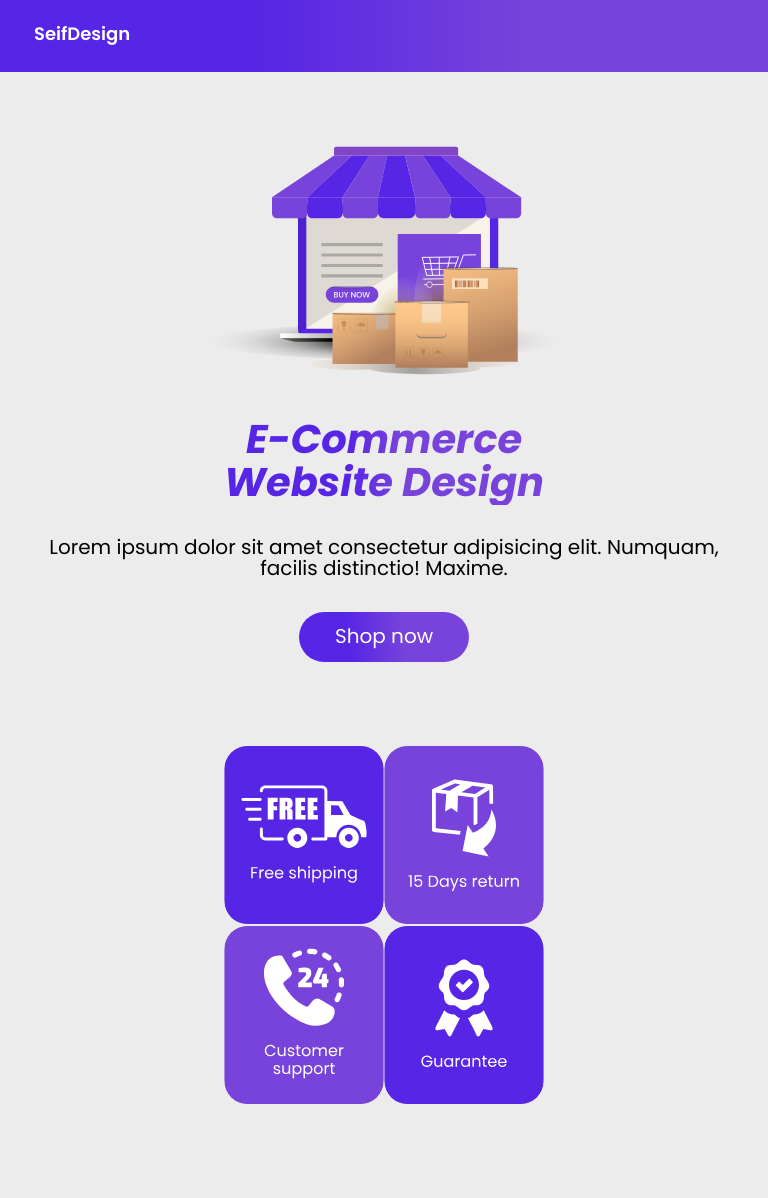
Repository: NatiqSamiyev/commers-desing-JS
Page: index.html
The author's editor kept a copy of each file at every save. The page is drawn from the files as they stood at one save, then again after a run of saves.
The browser window is 768 px wide. The pictures show the whole page.
Some web fonts or font styles are not loaded; a fallback is used.

Above is the page before, as saved 2023-11-06 11:47:32.

After the next 3 saves:
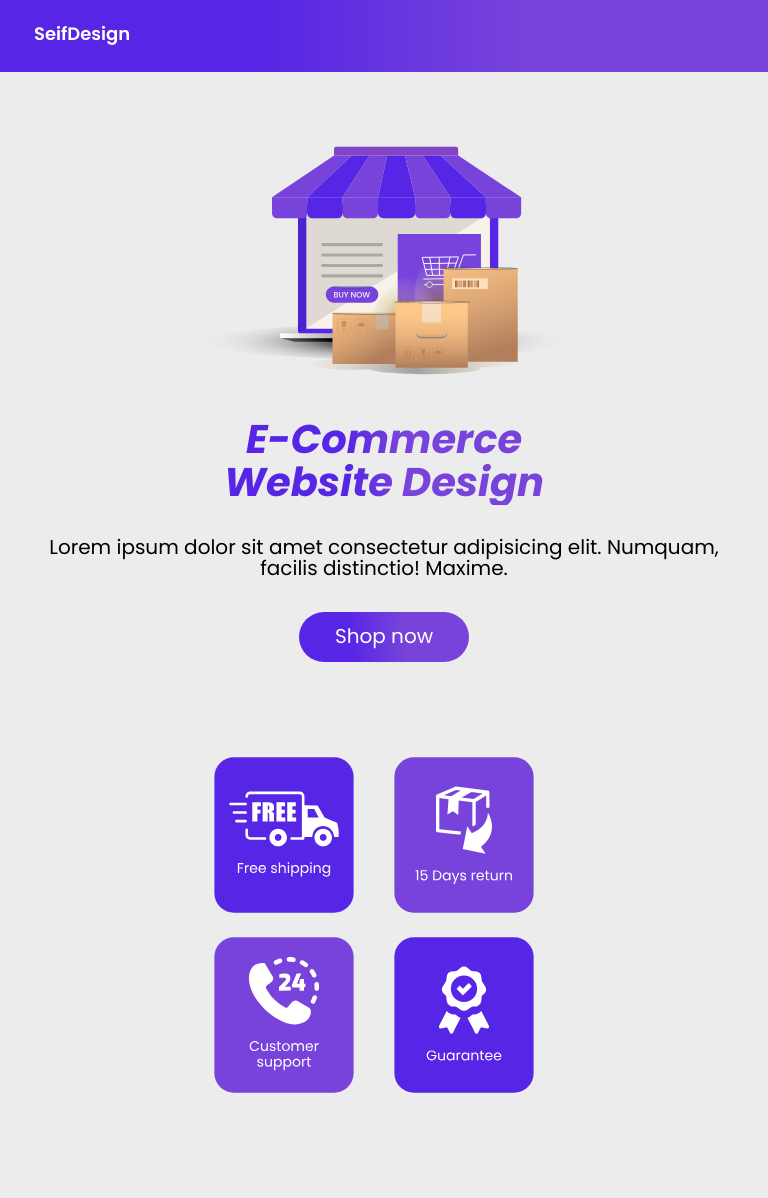
The 3 saves are shown as one change because they came seconds apart.
The last was saved 23 s later.
--- a/index.css
+++ b/index.css
@@ -223,8 +223,7 @@ main .image-container .box-1 {
   .bottom-container img {
     width: 160px;
     height: 180px;
-    padding: 0;
-    margin-right: 0;
+    margin-right: 20px;
   }
 
   .box-1 button {
